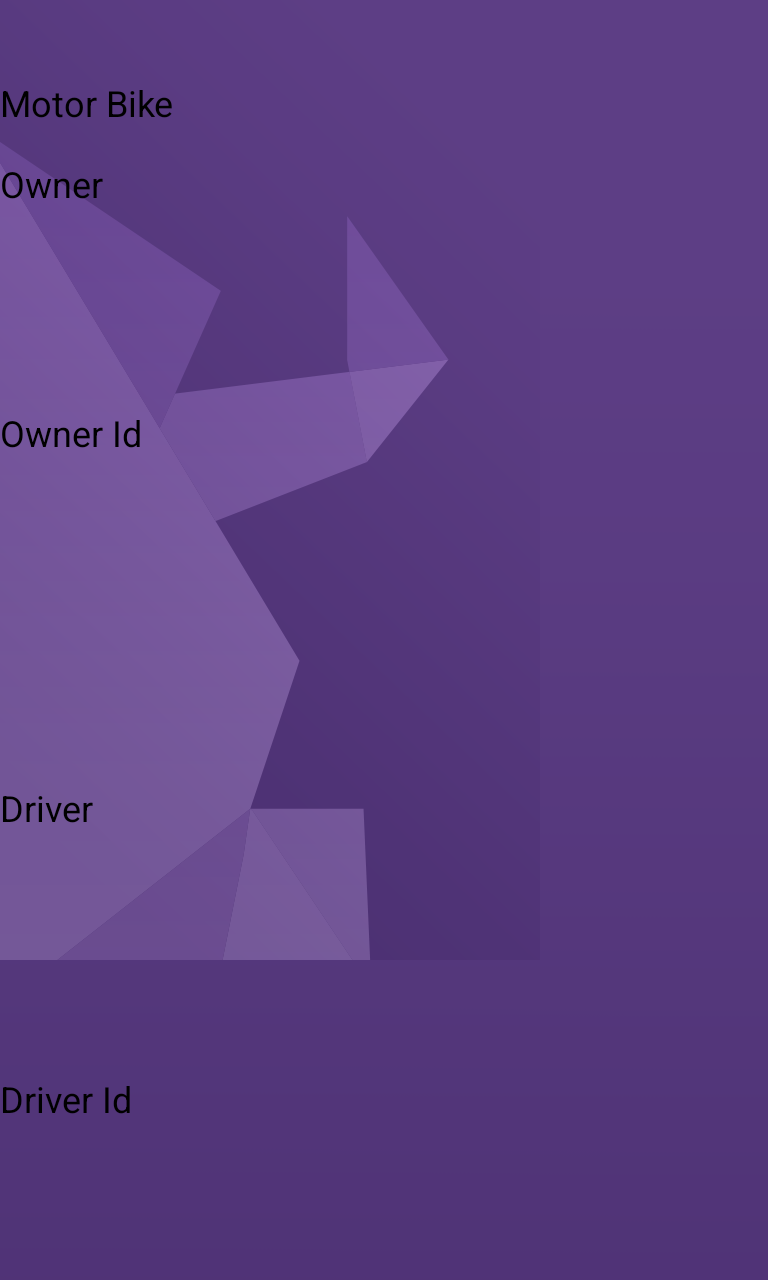
Repository: walteranyika/personal
Layout: PikiPiki/res/layout/activity_details.xml
The author's editor kept a copy of each file at every save. The layout is drawn from the files as they stood at one save, then again after the next save.
It is drawn on a 768 x 1280 px phone screen (xhdpi) without system bars, with theme AppTheme; the app's code is not run.

Above is the layout before, as saved 2015-11-06 07:13:40.

### PikiPiki/res/layout/activity_details.xml
<RelativeLayout xmlns:android="http://schemas.android.com/apk/res/android"
    xmlns:tools="http://schemas.android.com/tools"
    android:layout_width="match_parent"
    android:layout_height="match_parent"
    tools:context=".DetailsActivity"
    android:background="@drawable/background_fill" >

    <ImageView
        android:id="@+id/imageView1"
        android:layout_width="wrap_content"
        android:layout_height="match_parent"
        android:layout_alignParentLeft="true"
        android:layout_alignParentTop="true"
        android:scaleType="fitStart"
        android:contentDescription="@string/background_image"
        android:src="@drawable/background" />
<TextView
        android:id="@+id/textViewRegNo"
        android:layout_width="wrap_content"
        android:layout_height="wrap_content"
        android:layout_alignLeft="@+id/editTextSearch"
        android:layout_alignRight="@+id/button1"
        android:layout_below="@+id/editTextSearch"
        android:layout_marginTop="39dp"
        android:text="@string/motorbike"
        android:textAppearance="?android:attr/textAppearanceMedium" />

    <LinearLayout
        android:id="@+id/linearLayout2"
        android:layout_width="wrap_content"
        android:layout_height="wrap_content"
        android:layout_alignLeft="@+id/linearLayout1"
        android:layout_alignRight="@+id/linearLayout1"
        android:layout_below="@+id/linearLayout1"
        android:layout_marginTop="16dp" >

        <TextView
            android:id="@+id/TextView01"
            android:layout_width="89dp"
            android:layout_height="wrap_content"
            android:text="@string/owner_id"
            android:textAppearance="?android:attr/textAppearanceMedium" />

        <TextView
            android:id="@+id/textViewOwnerID"
            android:layout_width="match_parent"
            android:layout_height="wrap_content"
            android:text="@string/owner_id"
            android:textAppearance="?android:attr/textAppearanceMedium" />
    </LinearLayout>

    <LinearLayout
        android:id="@+id/linearLayout1"
        android:layout_width="wrap_content"
        android:layout_height="wrap_content"
        android:layout_alignLeft="@+id/textViewRegNo"
        android:layout_alignRight="@+id/textViewRegNo"
        android:layout_below="@+id/textViewRegNo"
        android:layout_marginTop="16dp" >

        <TextView
            android:id="@+id/textView2"
            android:layout_width="89dp"
            android:layout_height="wrap_content"
            android:text="@string/owner"
            android:textAppearance="?android:attr/textAppearanceMedium" />

        <TextView
            android:id="@+id/textViewOwnerName"
            android:layout_width="0dp"
            android:layout_height="wrap_content"
            android:layout_weight="0.80"
            android:text="@string/owner"
            android:textAppearance="?android:attr/textAppearanceMedium" />
    </LinearLayout>

    <LinearLayout
        android:id="@+id/LinearLayout01"
        android:layout_width="wrap_content"
        android:layout_height="wrap_content"
        android:layout_alignLeft="@+id/linearLayout2"
        android:layout_alignRight="@+id/linearLayout2"
        android:layout_below="@+id/linearLayout2"
        android:layout_marginTop="16dp" >

        <TextView
            android:id="@+id/TextView03"
             android:layout_width="89dp"
            android:layout_height="wrap_content"
            android:text="@string/driver"
            android:textAppearance="?android:attr/textAppearanceMedium" />

        <TextView
            android:id="@+id/textViewDriverNames"
            android:layout_width="match_parent"
            android:layout_height="wrap_content"
            android:text="@string/driver"
            android:textAppearance="?android:attr/textAppearanceMedium" />
    </LinearLayout>

    <LinearLayout
        android:id="@+id/LinearLayout02"
        android:layout_width="wrap_content"
        android:layout_height="wrap_content"
        android:layout_alignLeft="@+id/LinearLayout01"
        android:layout_alignRight="@+id/LinearLayout01"
        android:layout_below="@+id/LinearLayout01"
        android:layout_marginTop="16dp" >

        <TextView
            android:id="@+id/TextView06"
            android:layout_width="89dp"
            android:layout_height="wrap_content"
            android:text="@string/driver_id"
            android:textAppearance="?android:attr/textAppearanceMedium" />

        <TextView
            android:id="@+id/textViewDrriverId"
            android:layout_width="match_parent"
            android:layout_height="wrap_content"
            android:text="@string/driver_id"
            android:textAppearance="?android:attr/textAppearanceMedium" />
    </LinearLayout>

    <LinearLayout
        android:id="@+id/LinearLayout03"
        android:layout_width="wrap_content"
        android:layout_height="wrap_content"
        android:layout_alignLeft="@+id/LinearLayout02"
        android:layout_alignRight="@+id/LinearLayout02"
        android:layout_below="@+id/LinearLayout02"
        android:layout_marginTop="16dp" >

        <TextView
            android:id="@+id/TextView07"
             android:layout_width="89dp"
            android:layout_height="wrap_content"
            android:text="@string/reg_date"
            android:textAppearance="?android:attr/textAppearanceMedium" />

        <TextView
            android:id="@+id/textViiewRegDate"
            android:layout_width="match_parent"
            android:layout_height="wrap_content"
            android:text="@string/reg_date"
            android:textAppearance="?android:attr/textAppearanceMedium" />
    </LinearLayout>

    <LinearLayout
        android:id="@+id/LinearLayout04"
        android:layout_width="wrap_content"
        android:layout_height="wrap_content"
        android:layout_alignLeft="@+id/LinearLayout03"
        android:layout_alignRight="@+id/LinearLayout03"
        android:layout_below="@+id/LinearLayout03"
        android:layout_marginTop="16dp" >

        <TextView
            android:id="@+id/TextView09"
             android:layout_width="89dp"
            android:layout_height="wrap_content"
            android:text="@string/area"
            android:textAppearance="?android:attr/textAppearanceMedium" />

        <TextView
            android:id="@+id/textViewArea"
            android:layout_width="match_parent"
            android:layout_height="wrap_content"
            android:text="@string/area"
            android:textAppearance="?android:attr/textAppearanceMedium" />
    </LinearLayout>

    <LinearLayout
        android:id="@+id/LinearLayout05"
        android:layout_width="wrap_content"
        android:layout_height="wrap_content"
        android:layout_alignLeft="@+id/LinearLayout04"
        android:layout_alignRight="@+id/LinearLayout04"
        android:layout_below="@+id/LinearLayout04"
        android:layout_marginTop="16dp" >

        <TextView
            android:id="@+id/TextView04"
            android:layout_width="89dp"
            android:layout_height="wrap_content"
            android:text="@string/phone"
            android:textAppearance="?android:attr/textAppearanceMedium" />

        <TextView
            android:id="@+id/textViewPhone"
            android:layout_width="match_parent"
            android:layout_height="wrap_content"
            android:text="@string/_0734567843"
            android:textAppearance="?android:attr/textAppearanceMedium" />
    </LinearLayout>
</RelativeLayout>

### PikiPiki/res/values/themes_apptheme.xml
<?xml version="1.0" encoding="utf-8"?>

<!-- Generated with http://android-holo-colors.com -->
<resources xmlns:android="http://schemas.android.com/apk/res/android">

  <style name="AppTheme" parent="@style/_AppTheme"/>

  <style name="_AppTheme" parent="android:Theme.Holo.Light">

    <item name="android:editTextBackground">@drawable/apptheme_edit_text_holo_light</item>

    <item name="android:buttonStyle">@style/ButtonAppTheme</item>

    <item name="android:imageButtonStyle">@style/ImageButtonAppTheme</item>

  </style>

</resources>

### PikiPiki/res/values/styles_apptheme.xml
<?xml version="1.0" encoding="utf-8"?>

<!-- Generated with http://android-holo-colors.com -->
<resources xmlns:android="http://schemas.android.com/apk/res/android">

  <style name="ButtonAppTheme" parent="android:Widget.Holo.Light.Button">
	  <item name="android:background">@drawable/apptheme_btn_default_holo_light</item>
  </style>

  <style name="ImageButtonAppTheme" parent="android:Widget.Holo.Light.ImageButton">
	  <item name="android:background">@drawable/apptheme_btn_default_holo_light</item>
  </style>

</resources>

### PikiPiki/res/drawable/apptheme_btn_default_holo_light.xml
<?xml version="1.0" encoding="utf-8"?>

<selector xmlns:android="http://schemas.android.com/apk/res/android">
    <item android:state_window_focused="false" android:state_enabled="true"
        android:drawable="@drawable/apptheme_btn_default_normal_holo_light" />
    <item android:state_window_focused="false" android:state_enabled="false"
        android:drawable="@drawable/apptheme_btn_default_disabled_holo_light" />
    <item android:state_pressed="true"
        android:drawable="@drawable/apptheme_btn_default_pressed_holo_light" />
    <item android:state_focused="true" android:state_enabled="true"
        android:drawable="@drawable/apptheme_btn_default_focused_holo_light" />
    <item android:state_enabled="true"
        android:drawable="@drawable/apptheme_btn_default_normal_holo_light" />
    <item android:state_focused="true"
        android:drawable="@drawable/apptheme_btn_default_disabled_focused_holo_light" />
    <item
         android:drawable="@drawable/apptheme_btn_default_disabled_holo_light" />
</selector>

### PikiPiki/res/values/strings.xml
<?xml version="1.0" encoding="utf-8"?>
<resources>

    <string name="app_name">PikiPiki</string>
    <string name="action_settings">Settings</string>
    <string name="motorbike">Motor Bike</string>
    <string name="sync">Sync</string>
    <string name="phone">Phone</string>
    <string name="_0734567843">Phone</string>
    <string name="area">Area</string>
    <string name="reg_date">Reg Date</string>
    <string name="driver_id">Driver Id</string>
    <string name="driver">Driver</string>
    <string name="owner">Owner</string>
    <string name="owner_id">Owner Id</string>
    <string name="search">Search</string>
    <string name="bike_reg_number">Bike Reg Number</string>
    <string name="back_ground_image">Back Ground Image</string>
    <string name="title_activity_details">DetailsActivity</string>
    <string name="hello_world">Hello world!</string>
    <string name="background_image">Background Image</string>

</resources>

Loaded but not shown: PikiPiki/res/values/styles.xml (common file); PikiPiki/res/drawable/apptheme_edit_text_holo_light.xml (common file); PikiPiki/res/values-v11/styles.xml (common file); PikiPiki/res/values-v14/styles.xml (common file)

After the next save:
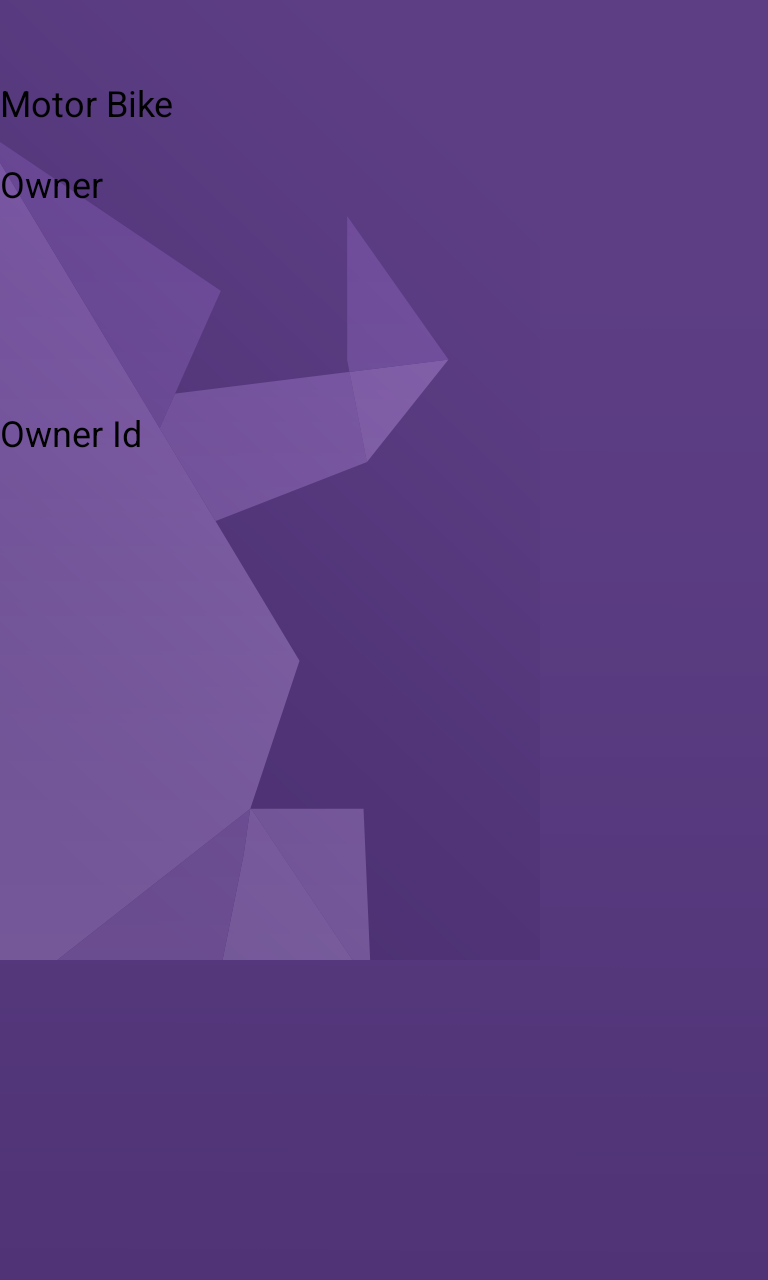
Saved 34 s later.
--- a/PikiPiki/res/layout/activity_details.xml
+++ b/PikiPiki/res/layout/activity_details.xml
@@ -74,123 +74,5 @@
             android:textAppearance="?android:attr/textAppearanceMedium" />
     </LinearLayout>
 
-    <LinearLayout
-        android:id="@+id/LinearLayout01"
-        android:layout_width="wrap_content"
-        android:layout_height="wrap_content"
-        android:layout_alignLeft="@+id/linearLayout2"
-        android:layout_alignRight="@+id/linearLayout2"
-        android:layout_below="@+id/linearLayout2"
-        android:layout_marginTop="16dp" >
 
-        <TextView
-            android:id="@+id/TextView03"
-             android:layout_width="89dp"
-            android:layout_height="wrap_content"
-            android:text="@string/driver"
-            android:textAppearance="?android:attr/textAppearanceMedium" />
-
-        <TextView
-            android:id="@+id/textViewDriverNames"
-            android:layout_width="match_parent"
-            android:layout_height="wrap_content"
-            android:text="@string/driver"
-            android:textAppearance="?android:attr/textAppearanceMedium" />
-    </LinearLayout>
-
-    <LinearLayout
-        android:id="@+id/LinearLayout02"
-        android:layout_width="wrap_content"
-        android:layout_height="wrap_content"
-        android:layout_alignLeft="@+id/LinearLayout01"
-        android:layout_alignRight="@+id/LinearLayout01"
-        android:layout_below="@+id/LinearLayout01"
-        android:layout_marginTop="16dp" >
-
-        <TextView
-            android:id="@+id/TextView06"
-            android:layout_width="89dp"
-            android:layout_height="wrap_content"
-            android:text="@string/driver_id"
-            android:textAppearance="?android:attr/textAppearanceMedium" />
-
-        <TextView
-            android:id="@+id/textViewDrriverId"
-            android:layout_width="match_parent"
-            android:layout_height="wrap_content"
-            android:text="@string/driver_id"
-            android:textAppearance="?android:attr/textAppearanceMedium" />
-    </LinearLayout>
-
-    <LinearLayout
-        android:id="@+id/LinearLayout03"
-        android:layout_width="wrap_content"
-        android:layout_height="wrap_content"
-        android:layout_alignLeft="@+id/LinearLayout02"
-        android:layout_alignRight="@+id/LinearLayout02"
-        android:layout_below="@+id/LinearLayout02"
-        android:layout_marginTop="16dp" >
-
-        <TextView
-            android:id="@+id/TextView07"
-             android:layout_width="89dp"
-            android:layout_height="wrap_content"
-            android:text="@string/reg_date"
-            android:textAppearance="?android:attr/textAppearanceMedium" />
-
-        <TextView
-            android:id="@+id/textViiewRegDate"
-            android:layout_width="match_parent"
-            android:layout_height="wrap_content"
-            android:text="@string/reg_date"
-            android:textAppearance="?android:attr/textAppearanceMedium" />
-    </LinearLayout>
-
-    <LinearLayout
-        android:id="@+id/LinearLayout04"
-        android:layout_width="wrap_content"
-        android:layout_height="wrap_content"
-        android:layout_alignLeft="@+id/LinearLayout03"
-        android:layout_alignRight="@+id/LinearLayout03"
-        android:layout_below="@+id/LinearLayout03"
-        android:layout_marginTop="16dp" >
-
-        <TextView
-            android:id="@+id/TextView09"
-             android:layout_width="89dp"
-            android:layout_height="wrap_content"
-            android:text="@string/area"
-            android:textAppearance="?android:attr/textAppearanceMedium" />
-
-        <TextView
-            android:id="@+id/textViewArea"
-            android:layout_width="match_parent"
-            android:layout_height="wrap_content"
-            android:text="@string/area"
-            android:textAppearance="?android:attr/textAppearanceMedium" />
-    </LinearLayout>
-
-    <LinearLayout
-        android:id="@+id/LinearLayout05"
-        android:layout_width="wrap_content"
-        android:layout_height="wrap_content"
-        android:layout_alignLeft="@+id/LinearLayout04"
-        android:layout_alignRight="@+id/LinearLayout04"
-        android:layout_below="@+id/LinearLayout04"
-        android:layout_marginTop="16dp" >
-
-        <TextView
-            android:id="@+id/TextView04"
-            android:layout_width="89dp"
-            android:layout_height="wrap_content"
-            android:text="@string/phone"
-            android:textAppearance="?android:attr/textAppearanceMedium" />
-
-        <TextView
-            android:id="@+id/textViewPhone"
-            android:layout_width="match_parent"
-            android:layout_height="wrap_content"
-            android:text="@string/_0734567843"
-            android:textAppearance="?android:attr/textAppearanceMedium" />
-    </LinearLayout>
 </RelativeLayout>
